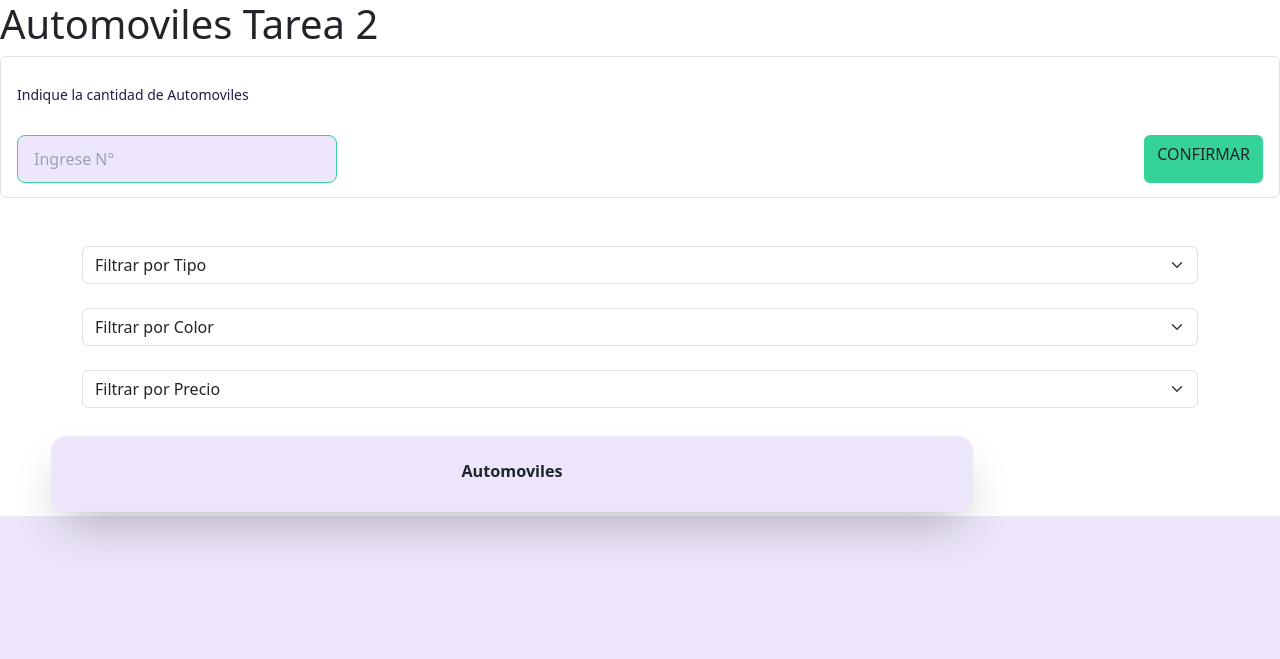
Repository: Claudioxs/Tarea2
Page: /automovil (app in FrontEnd/vue-project/)
The author's editor kept a copy of each file at every save. The page is drawn from the files as they stood at one save, then again after the next save.
The browser window is 1280 px wide. The pictures show the whole page.
The project was rebuilt for these pictures with package versions that can differ from the ones it lists, and the page was loaded fresh each time. Also part of the build but not shown: FrontEnd/vue-project/vite.config.js, FrontEnd/vue-project/src/components/HelloWorld.vue.

Above is the page before, as saved 2023-05-23 00:03:11.

### FrontEnd/vue-project/src/main.js


import { createApp } from 'vue'
import App from './App.vue'
import router from './router'
import './style.css'
import 'bootstrap/dist/css/bootstrap.css'
import bootstrap from 'bootstrap/dist/js/bootstrap.bundle.js'

const app = createApp(App)

app.use(router,bootstrap)

app.mount('#app')

### FrontEnd/vue-project/src/App.vue
<script setup>
import { RouterLink, RouterView } from 'vue-router'
import HelloWorld from './components/HelloWorld.vue'
</script>

<template>

  <RouterView />
</template>

<style scoped>

</style>

### FrontEnd/vue-project/src/router/index.js
import { createRouter, createWebHistory } from 'vue-router'

import Automovil from '../views/Automovil.vue'

const router = createRouter({
  history: createWebHistory(import.meta.env.BASE_URL),
  routes: [

    {
      path: '/automovil',
      name: 'automovil',
      component: Automovil
    }
  ]
})

export default router

### FrontEnd/vue-project/src/views/Automovil.vue
<template>



<h1 >Automoviles Tarea 2</h1>

<div class="form-control ">
  <label class="label">
    <span class="label-text">Indique la cantidad de Automoviles </span>
    <br><br>

  </label>
 <div class="cursor-pointer label"  >

  <input type="number" placeholder="Ingrese N°" class="input input-bordered input-success w-full max-w-xs" />
    <label for="Modal"  @click="crearAutomovil(label-text)" class="btn " style="background-color: #36D399">Confirmar</label>
  </div>

</div>
<br><br>
<div class="container">

<select class="form-select" aria-label="Default select example" aria-expanded="false">
  <option selected>Filtrar por Tipo</option>
  <option value="1">Sedan</option>
  <option value="2">Camioneta</option>
  <option value="3">SUV</option>

</select> <br>
<select class="form-select" aria-label="Default select example">
  <option selected>Filtrar por Color</option>
  <option value="1">Rojo</option>
  <option value="2">Blanco</option>
  <option value="3">Negro</option>
  <option value="4">Azul</option>
  <option value="5">Amarillo</option>

</select> <br>
<select class="form-select" aria-label="Default select example">
  <option selected>Filtrar por Precio</option>
  <option value="1">10000000</option>
  <option value="1">20000000</option>
  <option value="2">30000000</option>

</select>
</div> <br>

<div class="modal-box w-11/12 max-w-5xl">

    <h3 class="font-bold text-lg" align="center">Automoviles</h3>



</div>




</template>

<style>
.container{
   margin-left: 5px;
   padding-right: 900px;

}




</style>

<script>
import axios from 'axios'

export default {

  data: () => ({


  }),

  methods: {

    cearAutomovil(cant){
     axios({
       method: "GET",
       url: "http://localhost:8080/automovil/generate?cantidad="+cant,

       }).then((res) => {
        alert(
         "Automoviles creados"
        )
       }).catch((err) => console.log(err));
    },

    //filtramos por color
    filtrarColor(col){
      axios({
       method: "GET",
       url: "http://localhost:8080/automovil/buscarPorColor?color="+col,

       }).then((res) => {
        alert(
         "Periodo Añadido correctamente a asignatura"
        )
       }).catch((err) => console.log(err));
    }
   }

}

</script>

### FrontEnd/vue-project/tailwind.config.js
/** @type {import('tailwindcss').Config} */
module.exports = {
  daisyui: {
    themes: [
      {
        mytheme: {

            "primary": "#1D0027",

            "secondary": "#A181E2",

            "accent": "#37CDBE",

            "neutral": "#D9D9D9",

            "base-100": "#EDE6FA",

            "info": "#3ABFF8",

            "success": "#36D399",

            "warning": "#FBBD23",

            "error": "#F87272",
        },
      },
    ],
  },
  content: ["./index.html","./src/**/*.{vue,js,ts,jsx,tsx}"],
  theme: {
    extend: {},
  },
  plugins: [require("daisyui")],
}

Loaded but not shown: FrontEnd/vue-project/index.html (common file); FrontEnd/vue-project/src/style.css (common file)

After the next save:
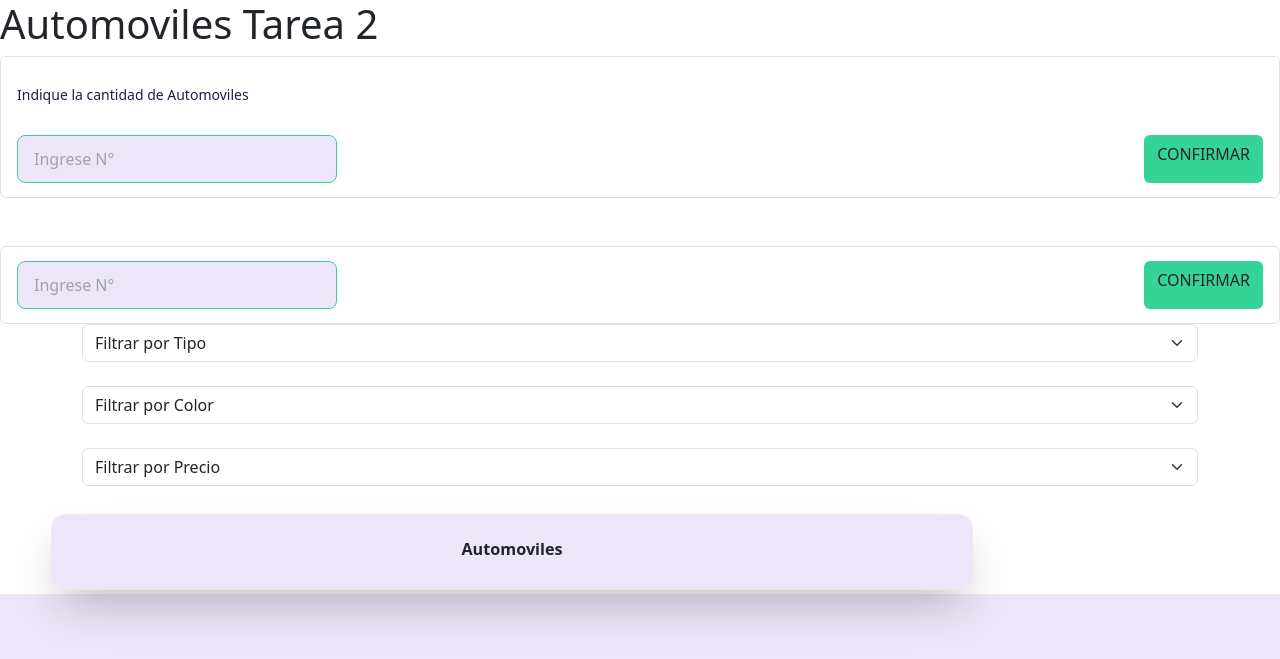
Saved 90 s later.
--- a/FrontEnd/vue-project/src/views/Automovil.vue
+++ b/FrontEnd/vue-project/src/views/Automovil.vue
@@ -18,6 +18,14 @@
 
 </div>
 <br><br>
+<div class="flex flex-col">
+  <div class="form-control w-52">
+    <label class="cursor-pointer label">
+      <input type="number" placeholder="Ingrese N°" class="input input-bordered input-success w-full max-w-xs" />
+    <label for="Modal"  @click="crearAutomovil(label-text)" class="btn " style="background-color: #36D399">Confirmar</label>
+    </label>
+  </div>
+</div>
 <div class="container">
 
 <select class="form-select" aria-label="Default select example" aria-expanded="false">

After the save that followed:
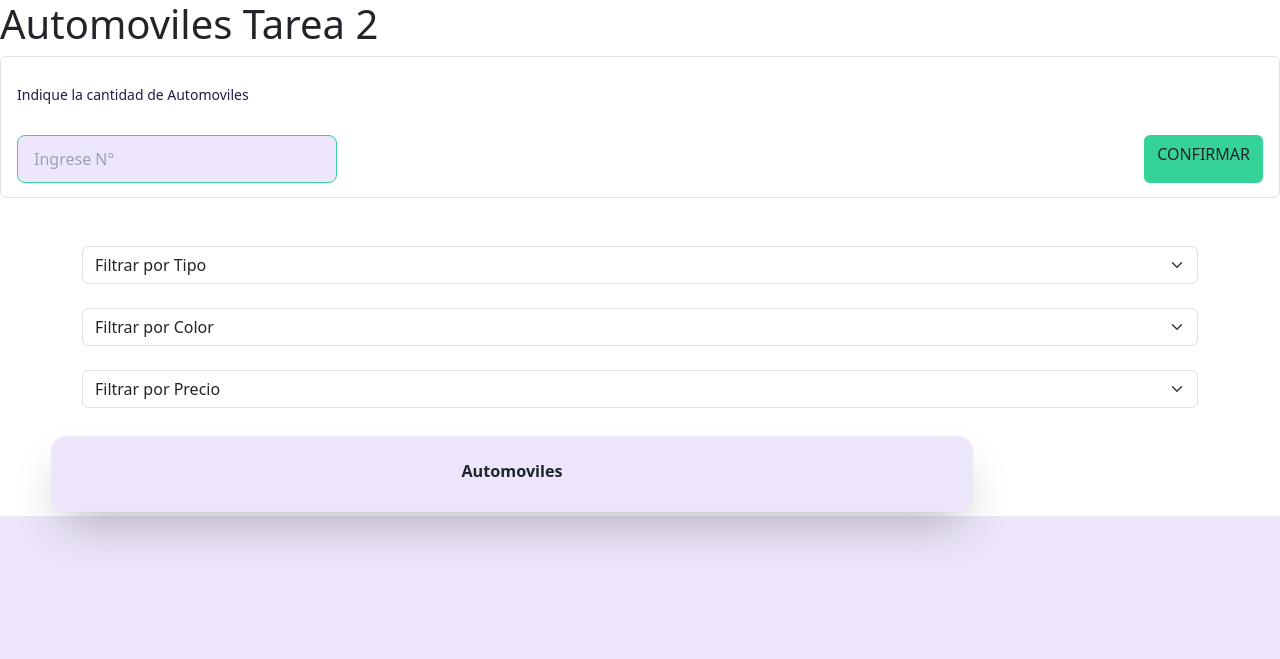
Saved 18 s later.
--- a/FrontEnd/vue-project/src/views/Automovil.vue
+++ b/FrontEnd/vue-project/src/views/Automovil.vue
@@ -18,14 +18,7 @@
 
 </div>
 <br><br>
-<div class="flex flex-col">
-  <div class="form-control w-52">
-    <label class="cursor-pointer label">
-      <input type="number" placeholder="Ingrese N°" class="input input-bordered input-success w-full max-w-xs" />
-    <label for="Modal"  @click="crearAutomovil(label-text)" class="btn " style="background-color: #36D399">Confirmar</label>
-    </label>
-  </div>
-</div>
+
 <div class="container">
 
 <select class="form-select" aria-label="Default select example" aria-expanded="false">
